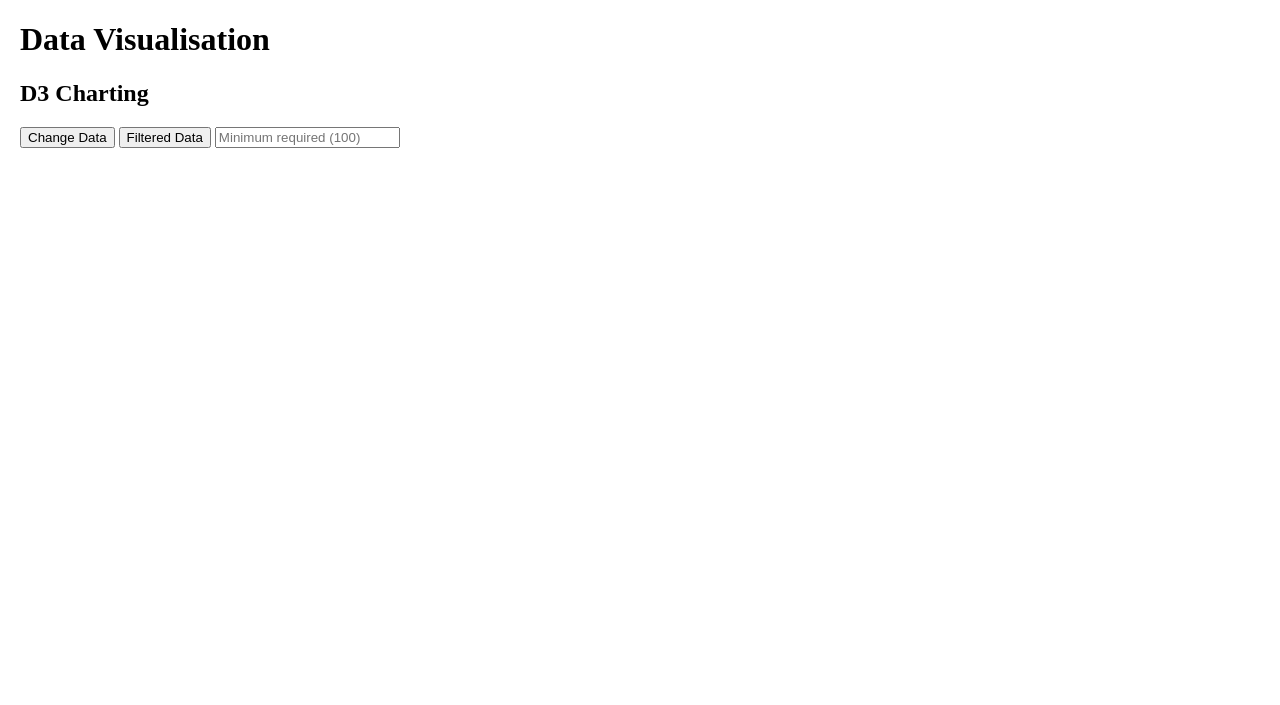
Repository: nitr-am/d3.js-svj
Page: d3_charting.html
The author's editor kept a record of every edit. The page is drawn from the files as they stood at one moment, then again after the next edit.
The browser window is 1280 px wide. The pictures show the whole page.
Some web libraries are served in a nearby version.

Above is the page before.
Console error: TypeError: Cannot read properties of undefined (reading 'linear')

### d3_charting.html
<!DOCTYPE html>
<html lang="en">

<head>
    <meta charset="UTF-8">
    <meta name="viewport" content="width=device-width, initial-scale=1.0">
    <meta http-equiv="X-UA-Compatible" content="ie=edge">
    <title>D3 and Scalable Vector Graphics</title>

   <script src="https://cdnjs.cloudflare.com/ajax/libs/d3/5.12.0/d3.min.js" integrity="sha256-+9Mf3cAVmxxudDsr1XwXUeRZFtvdWVYdq5/vcgiYyNU=" crossorigin="anonymous"></script>

</head>

<body style= margin-left:20px>
    <h1>Data Visualisation</h1>

    <h2>D3 Charting</h2>

    <button onclick="change_data()">Change Data</button>
    <button onclick="filter_data()">Filtered Data</button>
    <input type=text id="filter_value" placeholder="Minimum required (100)" />
    <br><br>

    <div id="draw-here"></div>

    <script>
        var w = 500; // Width of chart container
        var h = 500; // Height of chart container
        var barPadding = 1;
        var dataset = [
            450, 100, 160, 279, 500, 25, 350, 120, 80, 130,
            110, 102, 375, 200, 175, 168, 180, 230, 205,
        ];

        var scale = d3.scale.linear()
                            .domain([0, 600])
                            .range([0, 500]);


        var colWidth = w / dataset.length; // A esto llego para tener abajo un codigo mas limpio. Es el ancho de c/ columna.
        var barWidth = colWidth - barPadding; // Igual, para tenr un codigo mas limpio. Es el ancho de C/ barra.
        // La diferencia entre columnas y barras es que la columna incluye el barPaddig que es lo que separa barra y barra.


        var svg = d3.select("#draw-here") // Aqui selecciono y junto el d3 con el div donde voy a hacer el chart. /#draw-here
            .append("svg") // Pego el "svg" que estoy creando.
            .attr("height", h) // Los atributos son las caracteristicas de el svg. Estan definidos arriba. Dimensiones.
            .attr("width", w);



        svg.selectAll("rect") // selectAll significa seleccionar todos los rectangulos (esos datos are represented in rectangles.)
            .data(dataset) // Getting the data from the dataset arrow.
            .enter() // Is to make every piece of data a new instance with the attributes that come below.
            .append("rect") // Now I am attaching each new rectangle. (we are not creating a chart but a et of rectaangles with some data)
            .attr("x", function(d, i) {
                return i * colWidth; // separates all the rectangles uniformally.
            }) // Here all the attributes of each "rect": X and Y coordinates. Height and width of each rectangle.
            .attr("y", function(d) {
                return h - d; // It is important to declare that x,y(0,0) start at the top left of the screen and go left & down.
            }) // according to above h-d, give the y start of the "rect" to below. To make the aligned at bottom.
            .attr("height", function(d) {
                return d; // the size is the data.
            })
            .attr("width", barWidth) // Defined above. It is the colWidth - the barPadding.
            .attr("fill", "blue")

        // Now I am going to define the text inside of each one of the bars. Which I need to say the "data".

        svg.selectAll("text") // This is the first step to create a chart.
            .data(dataset) // Also the informaiton comes from the dataset (the text comes from it). )
            .enter() // reating each instance.
            .append("text") // Appending text to each instance
            .text(function(d) { // As I said I need my "text" to be the data of the "dataset".
                return d; // What is d, is the data inside the dataset.
            })
            .attr("text-anchor", "middle") // I need to text to go in the middle.
            .attr("x", function(d, i) { // x coordinate.
                return i * colWidth + barWidth / 2; // Al mismo ancho establecido arriba (el de cada barra, le agrego el de la barra/2.)
            }) // Esto para que el texto quede en la mitad de cada barra.
            // i*colWidth llega hasta la barra deseada. + barWidth/2 me lleva hasta la mitad de esa barra deseada.
            .attr("y", function(d) {
                return h - d + 14; // Teniendo en cuenta que las Barras empiezan desde arriba, el + 14 es para que el texto quede un poquito
            }) // abajo del final de la barra.
            .attr("font-family", "sans-serif") // Mas atributos del texto.
            .attr("font-size", "11px")
            .attr("fill", "white");
    </script>
</body>

</html>

After the next edit:
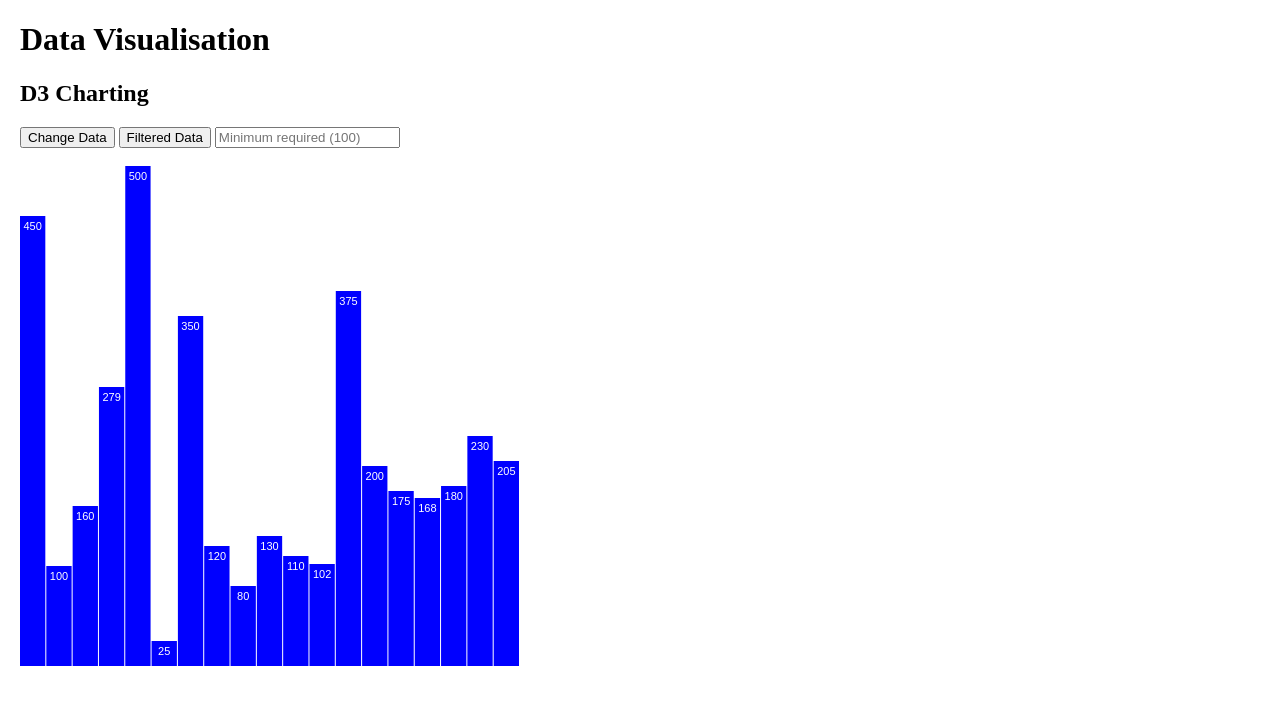
The error is gone.
The edit:
--- a/d3_charting.html
+++ b/d3_charting.html
@@ -31,10 +31,6 @@
             450, 100, 160, 279, 500, 25, 350, 120, 80, 130,
             110, 102, 375, 200, 175, 168, 180, 230, 205,
         ];
-
-        var scale = d3.scale.linear()
-                            .domain([0, 600])
-                            .range([0, 500]);
 
 
         var colWidth = w / dataset.length; // A esto llego para tener abajo un codigo mas limpio. Es el ancho de c/ columna.
